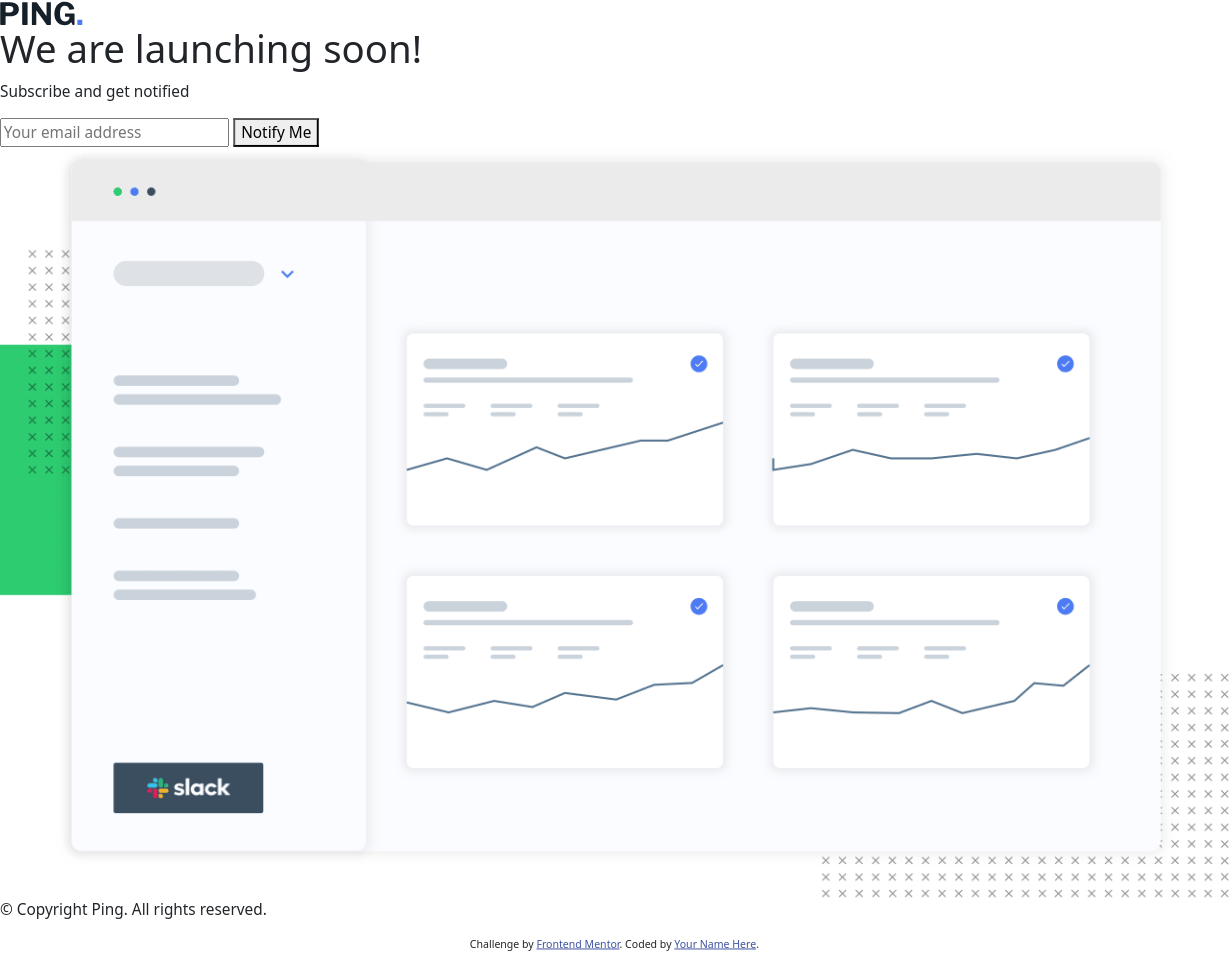
Repository: blordeus/ping-coming-soon-page-master
Page: index.html
The author's editor kept a copy of each file at every save. The page is drawn from the files as they stood at one save, then again after a run of saves.
The browser window is 1280 px wide. The pictures show the whole page, at 96% of full size.
The style sheet was rebuilt from its Sass, Less or Tailwind sources for each picture, by a compiler version that may differ from the author's.

Above is the page before, as saved 2023-08-31 11:09:31.

### index.html
<!DOCTYPE html>
<html lang="en">
<head>
  <meta charset="UTF-8">
  <meta name="viewport" content="width=device-width, initial-scale=1.0"> <!-- displays site properly based on user's device -->

  <link rel="icon" type="image/png" sizes="32x32" href="./images/favicon-32x32.png">
  <link rel="stylesheet" href="style.css">
  <link href="https://cdn.jsdelivr.net/npm/bootstrap@5.3.1/dist/css/bootstrap.min.css" rel="stylesheet" integrity="sha384-4bw+/aepP/YC94hEpVNVgiZdgIC5+VKNBQNGCHeKRQN+PtmoHDEXuppvnDJzQIu9" crossorigin="anonymous">
  <title>Frontend Mentor | Ping coming soon page</title>


</head>
<body>
  <main>
    <img src="./images/logo.svg" alt="logo">

    <h1>We are launching soon!</h1>

    <p>Subscribe and get notified</p>

    <input type="email" placeholder="Your email address">

    <button>Notify Me</button>

    <img class="resize" src="./images/illustration-dashboard.png" alt="dashboard">

    <p>&copy; Copyright Ping. All rights reserved.</p>

    <footer>
      <p class="attribution">
        Challenge by <a rel="noopener" href="https://www.frontendmentor.io?ref=challenge" target="_blank">Frontend Mentor</a>.
        Coded by <a href="#">Your Name Here</a>.
      </p>
    </footer>
  </main>
  <script src="https://cdn.jsdelivr.net/npm/bootstrap@5.3.1/dist/js/bootstrap.bundle.min.js" integrity="sha384-HwwvtgBNo3bZJJLYd8oVXjrBZt8cqVSpeBNS5n7C8IVInixGAoxmnlMuBnhbgrkm" crossorigin="anonymous"></script>
</body>
</html>

### style.scss
  @import url('https://fonts.googleapis.com/css2?family=Libre+Franklin:wght@300;600;700&display=swap');

:root {
    --very-dark-blue: hsl(209, 33%, 12%);
    --dark-gray: hsl(0, 0%, 59%);
    --blue: hsl(223, 87%, 63%);
    --light-red: hsl(354, 100%, 66%);
    --pale-blue: hsl(223, 100%, 88%);
}

body {
    font-size: 20px;
    font-family: 'Libre Franklin', sans-serif;
    box-sizing: border-box;
    margin: 0;
    padding: 0;
    min-height: 100vh;
    display: flex;
    flex-direction: column;
    justify-content: center;
    align-items: center;
}

  .attribution { font-size: 11px; text-align: center; }
  .attribution a { color: hsl(228, 45%, 44%); }

After the next 2 saves:
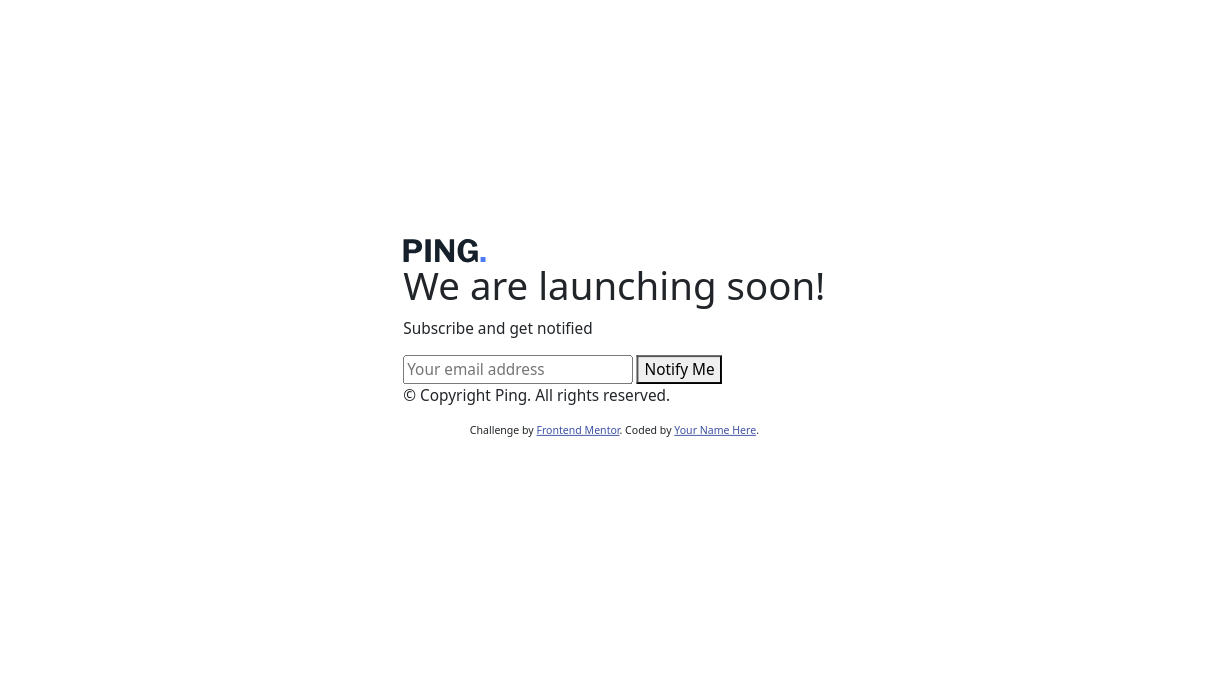
The 2 saves are shown as one change because they came seconds apart.
The last was saved 10 s later.
--- a/index.html
+++ b/index.html
@@ -23,8 +23,6 @@
 
     <button>Notify Me</button>
 
-    <img class="resize" src="./images/illustration-dashboard.png" alt="dashboard">
-
     <p>&copy; Copyright Ping. All rights reserved.</p>
 
     <footer>
